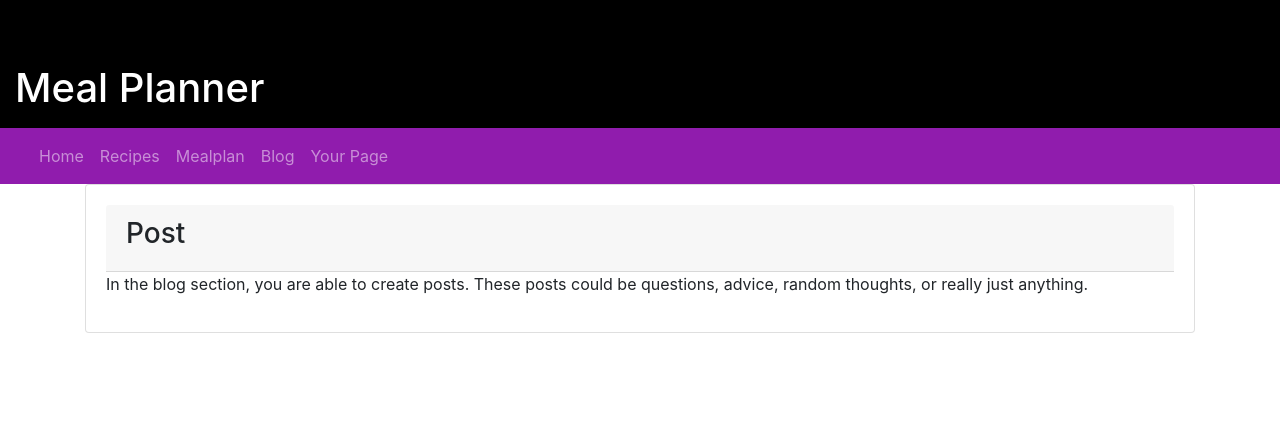
Repository: madisonisfan/mealplanner-react
Page: /
An editor plug-in stored every save of this project. The page is shown before and after the next save, followed by the edit.
The browser window is 1280 px wide. The pictures show the whole page.
The project was rebuilt for these pictures with package versions that can differ from the ones it lists, and the page was loaded fresh each time.

Above is the page before, as saved 2021-04-18 13:46:12.

After the next save:
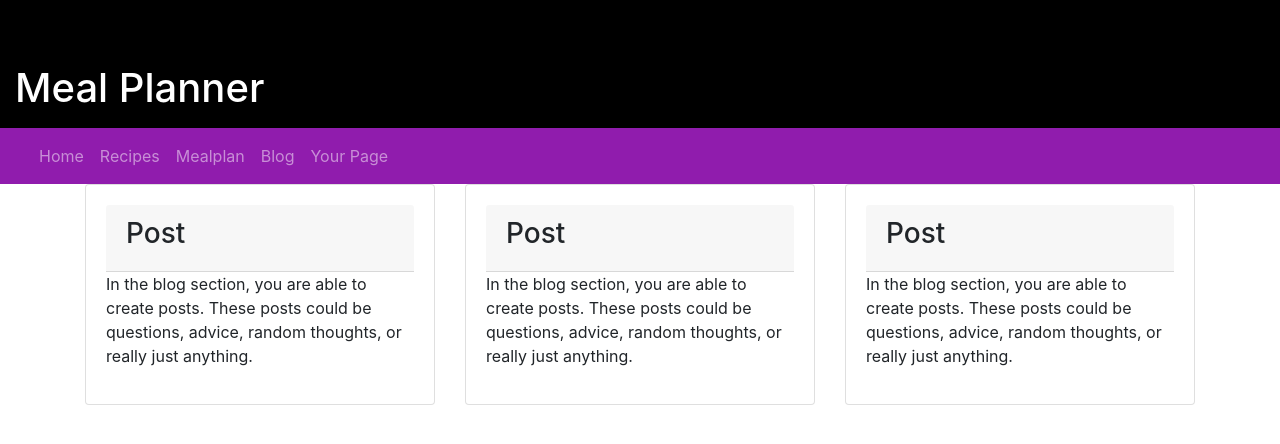
Saved 37 s later.
--- a/src/components/HomeComponent.js
+++ b/src/components/HomeComponent.js
@@ -26,6 +26,34 @@ function Home(props) {
             </CardBody>
           </Card>
         </div>
+        <div className="col">
+          <Card>
+            <CardBody>
+              <CardHeader>
+                <h3>Post</h3>
+              </CardHeader>
+              <p>
+                In the blog section, you are able to create posts. These posts
+                could be questions, advice, random thoughts, or really just
+                anything.
+              </p>
+            </CardBody>
+          </Card>
+        </div>
+        <div className="col">
+          <Card>
+            <CardBody>
+              <CardHeader>
+                <h3>Post</h3>
+              </CardHeader>
+              <p>
+                In the blog section, you are able to create posts. These posts
+                could be questions, advice, random thoughts, or really just
+                anything.
+              </p>
+            </CardBody>
+          </Card>
+        </div>
       </div>
     </div>
   );
